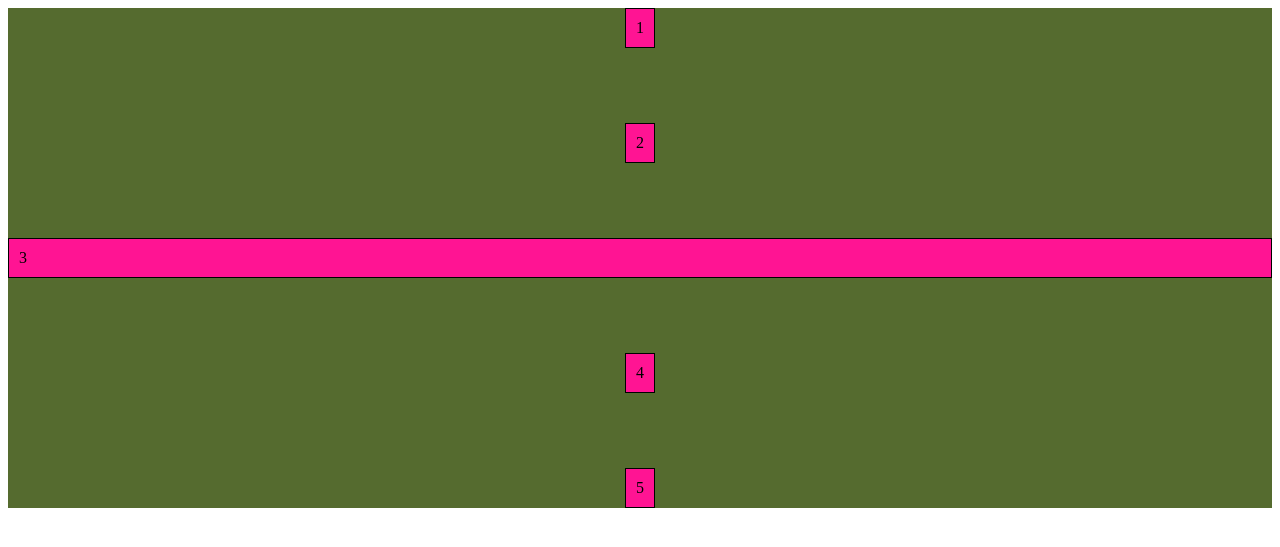
Repository: RustamNazarov98/demo
Page: index.html
An editor plug-in stored every save of this project. The page is shown before and after the next save, followed by the edit.
The browser window is 1280 px wide. The pictures show the whole page.

Above is the page before, as saved 2022-04-06 17:36:23.

After the next save:
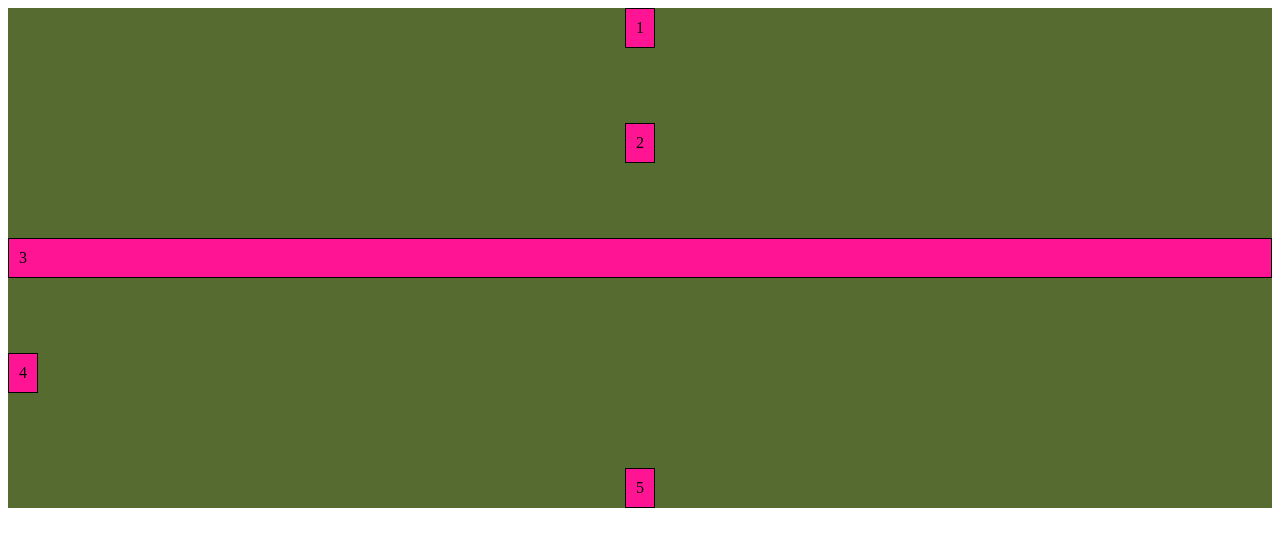
Saved 26 s later.
--- a/style.css
+++ b/style.css
@@ -14,3 +14,7 @@
 .flexbox > div:nth-child(3) {
     align-self: stretch;
 }
+
+.flexbox > div:nth-child(4) {
+    align-self: flex-start;
+}
